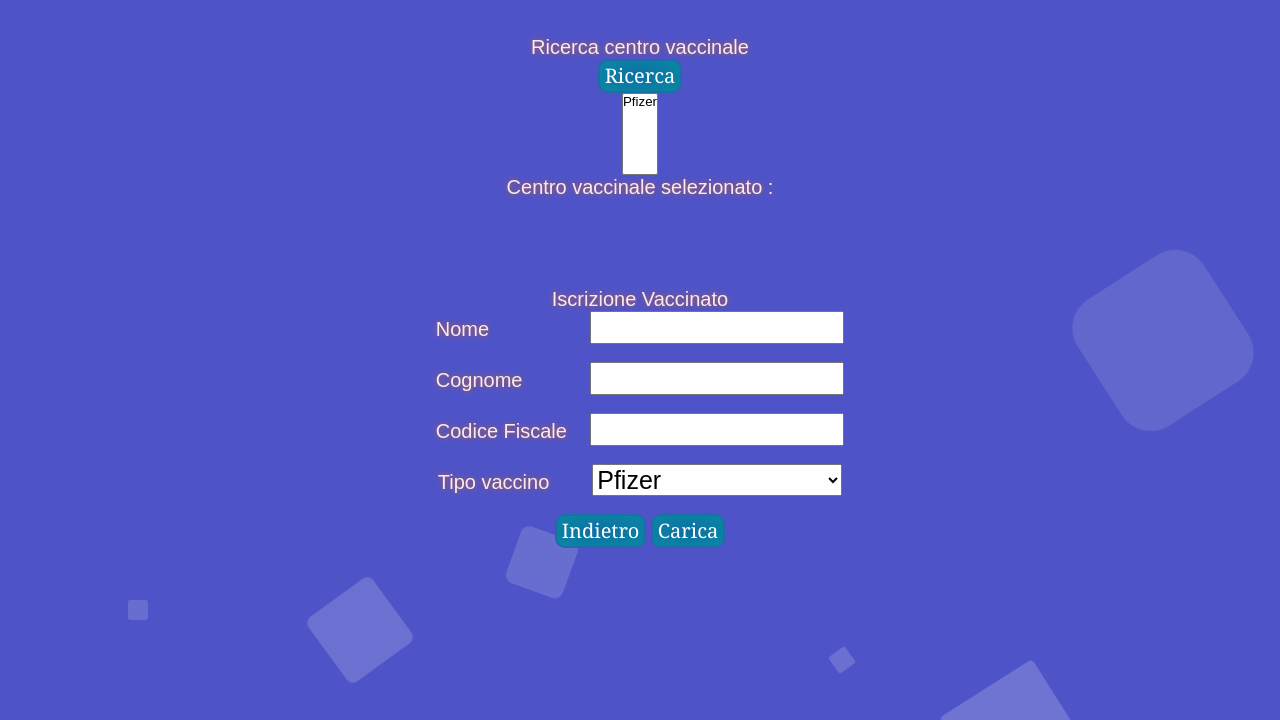
Repository: Jok98/CentriVaccinaliWebApp
Page: http://localhost/CentriVaccinaliOperatori/iscrizionevaccinato.jsp
These files come from the project's save history. The page is drawn as it stood at one moment and after the next save; the edit follows.
The browser window is 1280 px wide. The pictures show the whole page.
Some web fonts or font styles are not loaded; a fallback is used. The page is served by Tomcat 9.

Above is the page before, as saved 2022-09-24 18:01:58.

### CentriVaccinaliOperatori/src/main/webapp/iscrizionevaccinato.jsp
<%@ page language="java" contentType="text/html; charset=ISO-8859-1"
    pageEncoding="ISO-8859-1"%>
<!DOCTYPE html>
<html>
<head>
<meta charset="ISO-8859-1">
<link rel="stylesheet" href="css/form.css">
<link rel="stylesheet" href="css/background.css">
<title>Iscrizione Vaccinati</title>
</head>
<body>
	<div class="area">
		<ul class="circles">
			<li></li>
			<li></li>
			<li></li>
			<li></li>
			<li></li>
			<li></li>
			<li></li>
			<li></li>
			<li></li>
			<li></li>
		</ul>
	</div>
		<div class="reserch" align="center" >
		<form action="" >
		<a class="text">Ricerca centro vaccinale</a>
		<br>
		<button class="button" type="submit">Ricerca</button>
		<br>
		<select calss="list" name="centriVaccinali" size="5">
		<option value="Hub">Pfizer</option>
		</select>
		<br>
		<a class="text">Centro vaccinale selezionato :</a>
	</form>
	</div>
	<div class="contextIscrizioneVacc" align="center" >
		<form action="" >
		<a class="text">Iscrizione Vaccinato</a>
		<br>
		<label class="label" class="button"  for="nomeVacc" >Nome </label>
		<input class="input" type="text" id="nomeVacc" name="nomeVacc">
		<br><br>
		<label class="label" for="cognomeVacc">Cognome </label>
		<input class="input" type="text" id="cognomeVacc" name="cognomeVacc">
		<br><br>
		<label class="label" for="codfisVacc">Codice Fiscale </label>
		<input class="input" type="text" id="codfisVacc" name="codfisVacc">
		<br><br>
		<label class="label" for="tipoCenvax">Tipo vaccino </label>
		<select class="input" name="tipoCenvax" id="tipoCenvax">
			<option value="Pfizer">Pfizer</option>
			<option value="Moderna">Moderna</option>
			<option value="Astrazeneca">Astrazeneca</option>
		</select>
		<br><br>
		<a class="button" type="submit" href="index.jsp"  >Indietro</a>
		<button class="button" type="submit">Carica</button>

		</form>
	</div>

</body>
</html>

### CentriVaccinaliOperatori/src/main/webapp/css/form.css
@charset "ISO-8859-1";

/* bottoni */
.button {
	color: rgb(255, 255, 255);
	font-size: 20px;
	line-height: 20px;
	padding: 5px;
	border-radius: 10px;
	font-family: Georgia, serif;
	font-weight: normal;
	text-decoration: none;
	font-style: normal;
	font-variant: normal;
	text-transform: none;
	background-image: radial-gradient(at center center, rgb(12, 111, 164) 0%,
		rgb(10, 136, 164) 100%, rgb(12, 111, 164) 100%);
	box-shadow: rgba(0, 0, 0, 0) 81px -57px 0px 0px;
	border: 2px solid rgb(28, 110, 164);
	display: inline-block;
}

.button:hover {
	background: #80c3ff;
}

.button:active {
	background: #1ca4ff;
}

.text{
	font-size: 20px;
	text-shadow: 0px 0px 5px #CE5937;
	color: #EFEFEF;

}

.label {
	display: inline-block;
	width:150px;
	text-align: left;
	font-size: 20px;
	text-shadow: 0px 0px 5px #CE5937;
	color: #EFEFEF;

}

.input {
	width:250px;
	font-size: 25px;
}

### CentriVaccinaliOperatori/src/main/webapp/css/background.css
@charset "ISO-8859-1";
@import url('https://fonts.googleapis.com/css?family=Exo:400,700');

*{
    margin: 0px;
    padding: 0px;
}

html{
    font-family: 'Exo', sans-serif;

}

.reserch{
	width: 100%;
    position: absolute;
    top:5vh;
}



.context {
    width: 100%;
    position: absolute;
    top:20vh;

}

.context h1{
    text-align: center;
    color: #fff;
    font-size: 50px;
}

.contextIscrizioneCentro{
    width: 100%;
    position: absolute;
    top:10vh;

}

.contextIscrizioneVacc{
	width: 100%;
    position: absolute;
    top:40vh;
}

.list{
	width: 100%;
}

.area{
    background: #4e54c8;
    background: -webkit-linear-gradient(to left, #8f94fb, #4e54c8);
    width: 100%;
    height:100vh;


}

.circles{
    position: absolute;
    top: 0;
    left: 0;
    width: 100%;
    height: 100%;
    overflow: hidden;
}

.circles li{
    position: absolute;
    display: block;
    list-style: none;
    width: 20px;
    height: 20px;
    background: rgba(255, 255, 255, 0.2);
    animation: animate 25s linear infinite;
    bottom: -150px;

}

.circles li:nth-child(1){
    left: 25%;
    width: 80px;
    height: 80px;
    animation-delay: 0s;
}


.circles li:nth-child(2){
    left: 10%;
    width: 20px;
    height: 20px;
    animation-delay: 2s;
    animation-duration: 12s;
}

.circles li:nth-child(3){
    left: 70%;
    width: 20px;
    height: 20px;
    animation-delay: 4s;
}

.circles li:nth-child(4){
    left: 40%;
    width: 60px;
    height: 60px;
    animation-delay: 0s;
    animation-duration: 18s;
}

.circles li:nth-child(5){
    left: 65%;
    width: 20px;
    height: 20px;
    animation-delay: 0s;
}

.circles li:nth-child(6){
    left: 75%;
    width: 110px;
    height: 110px;
    animation-delay: 3s;
}

.circles li:nth-child(7){
    left: 35%;
    width: 150px;
    height: 150px;
    animation-delay: 7s;
}

.circles li:nth-child(8){
    left: 50%;
    width: 25px;
    height: 25px;
    animation-delay: 15s;
    animation-duration: 45s;
}

.circles li:nth-child(9){
    left: 20%;
    width: 15px;
    height: 15px;
    animation-delay: 2s;
    animation-duration: 35s;
}

.circles li:nth-child(10){
    left: 85%;
    width: 150px;
    height: 150px;
    animation-delay: 0s;
    animation-duration: 11s;
}



@keyframes animate {

    0%{
        transform: translateY(0) rotate(0deg);
        opacity: 1;
        border-radius: 0;
    }

    100%{
        transform: translateY(-1000px) rotate(720deg);
        opacity: 0;
        border-radius: 50%;
    }

}

After the next save:
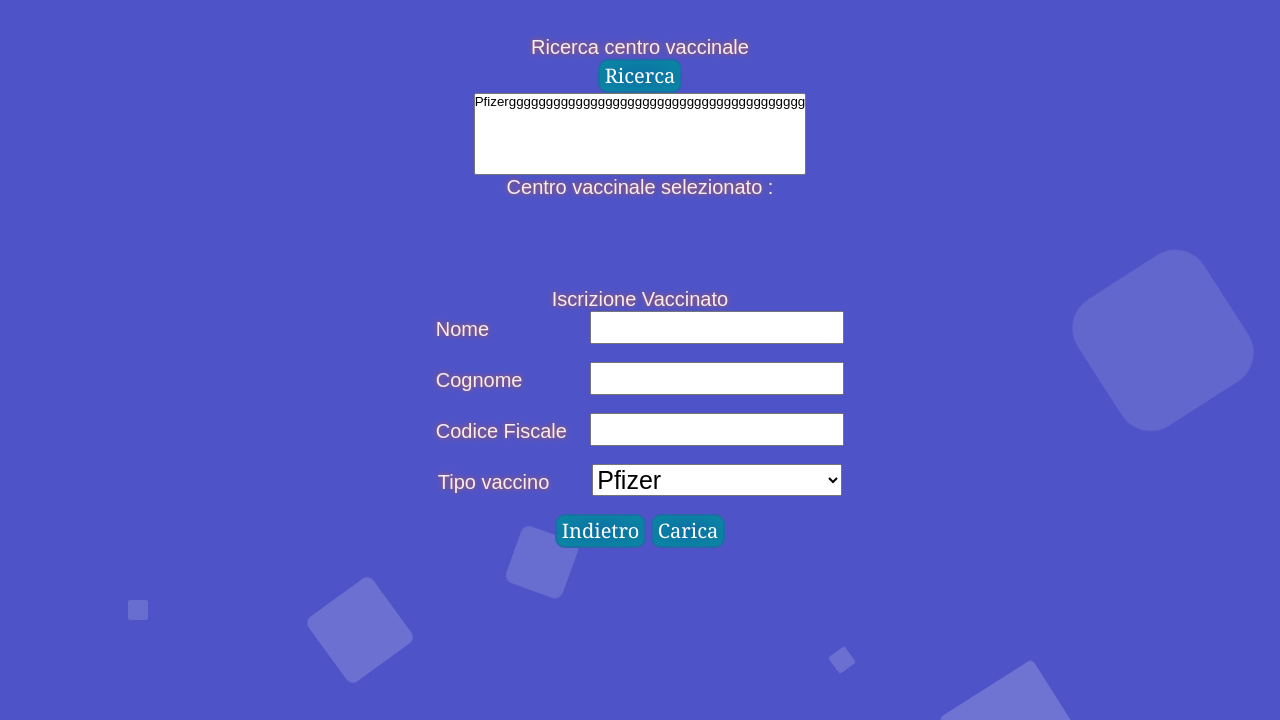
Saved 13 s later.
--- a/CentriVaccinaliOperatori/src/main/webapp/iscrizionevaccinato.jsp
+++ b/CentriVaccinaliOperatori/src/main/webapp/iscrizionevaccinato.jsp
@@ -30,7 +30,7 @@
 		<button class="button" type="submit">Ricerca</button>
 		<br>
 		<select calss="list" name="centriVaccinali" size="5">
-		<option value="Hub">Pfizer</option>
+		<option value="Hub">Pfizergggggggggggggggggggggggggggggggggggggggg</option>
 		</select>
 		<br>
 		<a class="text">Centro vaccinale selezionato :</a>
